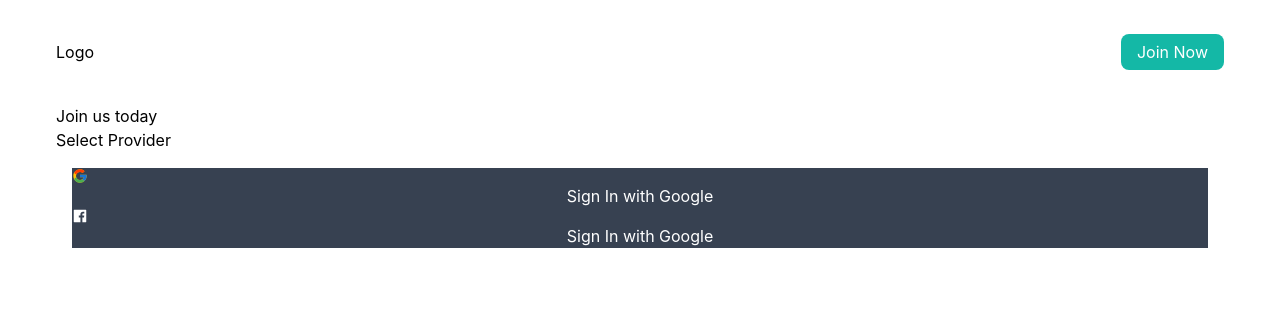
Repository: arafatmollah/auth-app
Page: /auth/login
The author's editor kept a copy of each file at every save. The page is drawn from the files as they stood at one save, then again after the next save.
The browser window is 1280 px wide. The pictures show the whole page.
The project was rebuilt for these pictures with package versions that can differ from the ones it lists, and the page was loaded fresh each time. The framework's server and built-in components were replaced by stand-ins that run in the browser. Also part of the build but not shown: next.config.js.

Above is the page before, as saved 2022-10-03 21:08:47.

### pages/_app.js
import '../styles/globals.css'
import Layout from '../components/Layout'

function MyApp({ Component, pageProps }) {
 return(
  <Layout>
  <Component {...pageProps} />
 </Layout>
 )
}

export default MyApp

### pages/auth/login.js
import React from 'react'
import {FcGoogle} from 'react-icons/fc'
import {AiFillFacebook} from 'react-icons/ai'

export default function () {
  return (
    <div>
        <h2>Join us today</h2>
        <div>
            <p>Select Provider</p>
            <div className='flex p-4 flex-col'>
                <button className='bg-gray-700 text-white'>
                    <FcGoogle></FcGoogle>
                    Sign In with Google</button>
                <button className='bg-gray-700 text-white '>
                    <AiFillFacebook></AiFillFacebook>
                    Sign In with Google</button>
            </div>
        </div>
    </div>
  )
}

### components/Layout.js
import React from 'react'
import Nav from './Nav'

export default function Layout({children}) {
  return (
    <div className='mx-14'>
       <Nav></Nav>
        <main>
        {children}
        </main>
        </div>
  )
}

### components/Nav.js
import React from 'react'
import Link from 'next/link'

function Nav() {
  return (
    <div>
        <nav className='flex justify-between items-center py-10'>
        <Link href="/">Logo</Link>
        <ul>
            <Link href="/auth">
            <a className='py-2 px-4 bg-teal-500 my-5 rounded-lg text-white'>Join Now</a>
            </Link>
        </ul>
        </nav>
    </div>
  )
}

export default Nav

Loaded but not shown: styles/globals.css (common file); tailwind.config.js (common file)

After the next save:
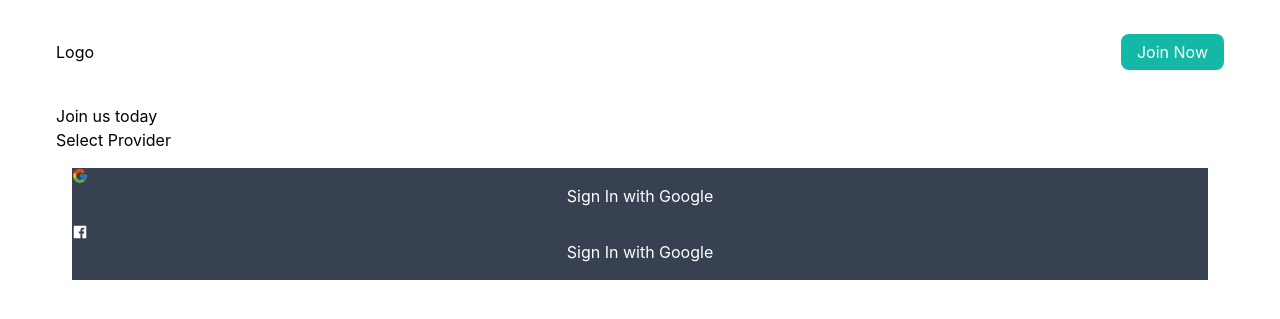
Saved 5 s later.
--- a/pages/auth/login.js
+++ b/pages/auth/login.js
@@ -12,7 +12,7 @@ export default function () {
                 <button className='bg-gray-700 text-white'>
                     <FcGoogle></FcGoogle>
                     Sign In with Google</button>
-                <button className='bg-gray-700 text-white '>
+                <button className='bg-gray-700 text-white py-4'>
                     <AiFillFacebook></AiFillFacebook>
                     Sign In with Google</button>
             </div>
